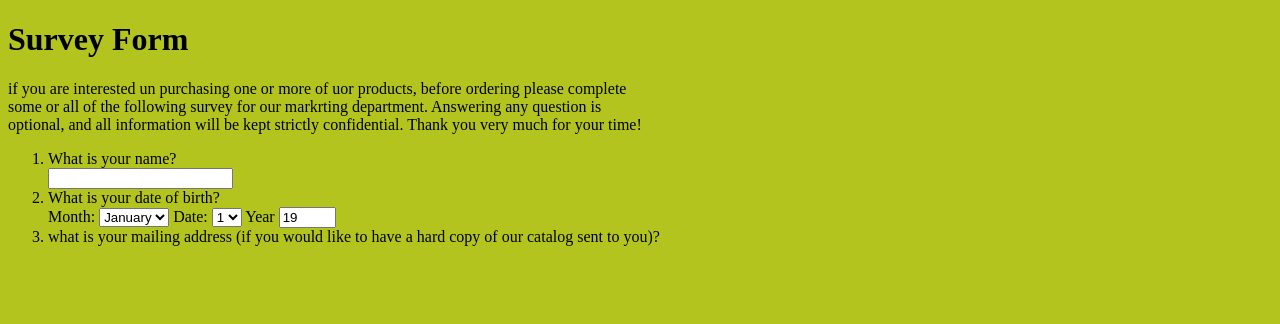
Repository: PhamChiXuan1/HTCNW_tuan3_DHCNTT16C_PhamChiXuan_20030131
Page: bt17.html
The author's editor kept a copy of each file at every save. The page is drawn from the files as they stood at one save, then again after the next save.
The browser window is 1280 px wide. The pictures show the whole page.

Above is the page before, as saved 2022-02-27 22:20:19.

### bt17.html
<!DOCTYPE html>
<html lang="en">
<head>
    <meta charset="UTF-8">
    <meta http-equiv="X-UA-Compatible" content="IE=edge">
    <meta name="viewport" content="width=device-width, initial-scale=1.0">
    <title>Document</title>
</head>
<body style="background-color: rgb(179, 196, 31);">
    <H1>Survey Form</H1>
    <P>if you are interested un purchasing one or more of uor products, before ordering please complete <br>some or all of the following survey for our markrting department. Answering any question is <br>optional, and all information will be kept strictly confidential. Thank you very much for your time!</P>
    <ol type="1">
        <li>What is your name?</li>
        <form>
            <input type="text" id="fname" name="fname" value=""><br>
        </form>
        <li>What is your date of birth?</li>
        <form>
            <label for="cars">Month:</label>
            <select id="cars" name="cars">
                <option value="January">January</option>
            </select>
            <label for="cars">Date:</label>
            <select id="cars" name="cars">
                <option value="1">1</option>
            </select>
            <label for="cars">Year</label>
            <input type="text" id="" name="19" size="4" value="19">
            <li>what is your mailing address (if you would like to have a hard copy of our catalog sent to you)?</li>

        </form>
    </ol>


</body>
</html>

After the next save:
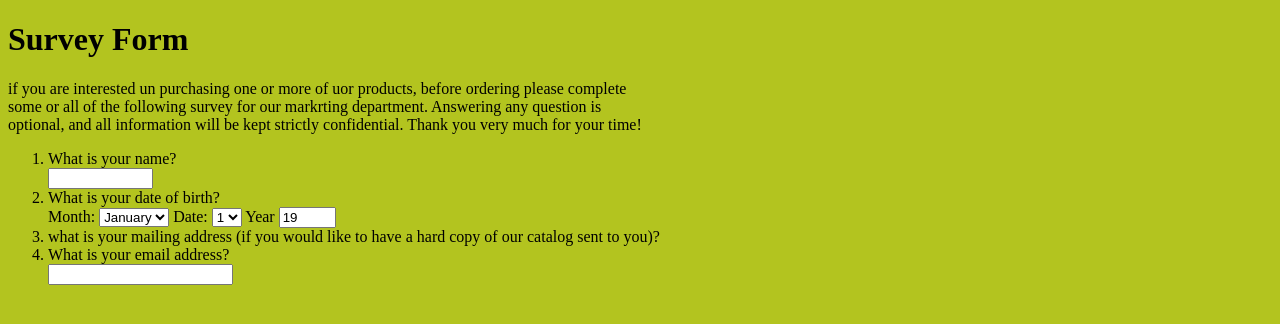
Saved 2 min 8 s later.
--- a/bt17.html
+++ b/bt17.html
@@ -11,9 +11,7 @@
     <P>if you are interested un purchasing one or more of uor products, before ordering please complete <br>some or all of the following survey for our markrting department. Answering any question is <br>optional, and all information will be kept strictly confidential. Thank you very much for your time!</P>
     <ol type="1">
         <li>What is your name?</li>
-        <form>
-            <input type="text" id="fname" name="fname" value=""><br>
-        </form>
+            <input type="text" id="" name="19" size="10" >
         <li>What is your date of birth?</li>
         <form>
             <label for="cars">Month:</label>
@@ -27,7 +25,10 @@
             <label for="cars">Year</label>
             <input type="text" id="" name="19" size="4" value="19">
             <li>what is your mailing address (if you would like to have a hard copy of our catalog sent to you)?</li>
-
+            <li>What is your email address?</li>
+            <form>
+                <input type="text" id="fname" name="fname" value=""><br>
+            </form>
         </form>
     </ol>
 
